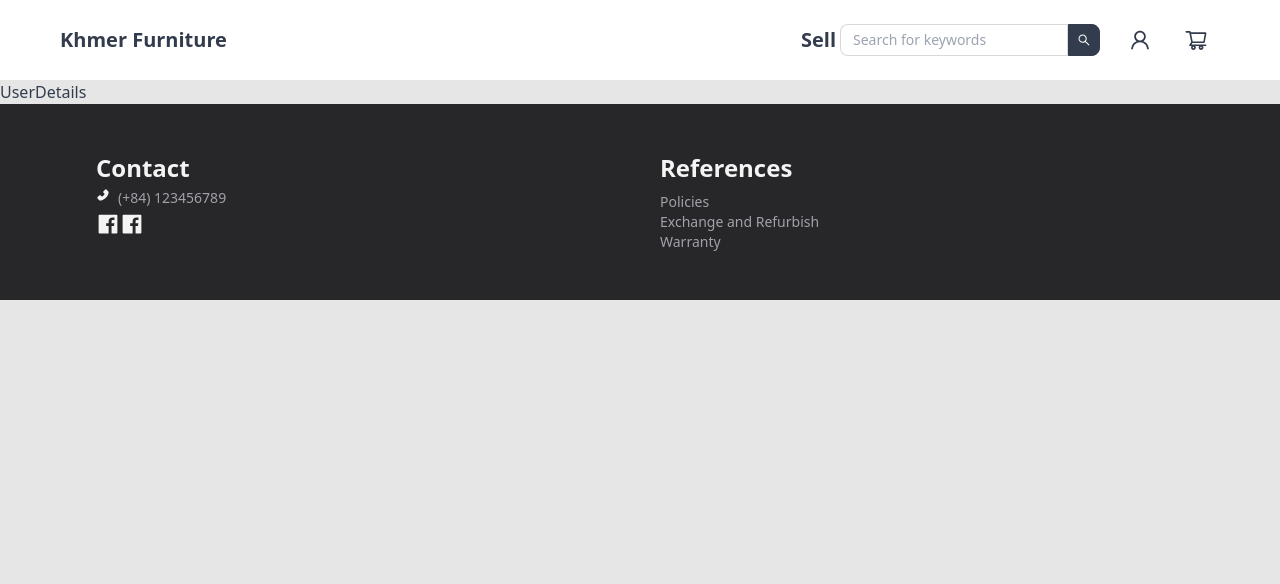
Repository: PlayerNguyen/dotot-shop
Page: /sell (app in client/)
These files come from the project's save history. The page is drawn as it stood at one moment and after the next save; the edit follows.
The browser window is 1280 px wide. The pictures show the whole page.
The project was rebuilt for these pictures with package versions that can differ from the ones it lists, and the page was loaded fresh each time. Also part of the build but not shown: client/src/components/NoMatch/NoMatch.jsx, client/src/components/Sell/ProductDetails.js, client/src/components/Sell/Confirmation.js, client/src/components/Sell/Success.js.

Above is the page before, as saved 2022-12-05 13:36:58.

### client/src/index.html
<!DOCTYPE html>
<html lang="en" data-theme="emerald">
  <head>
    <meta charset="UTF-8" />
    <meta http-equiv="X-UA-Compatible" content="IE=edge" />
    <meta name="viewport" content="width=device-width, initial-scale=1.0" />
    <title>dotot.com - Nơi mua bán đồ cũ</title>
    <link rel="stylesheet" href="./index.css" />
  </head>
  <body>
    <div id="app"></div>

    <script src="./index.js" type="module"></script>
  </body>
</html>

### client/src/index.js
import React, { Suspense } from "react";
import client from "react-dom/client";
import { BrowserRouter } from "react-router-dom";
import App from "./App";
import "./index.css";
const appElement = document.getElementById("app");
let root = client.createRoot(appElement);
import { Provider } from "react-redux";
import { store } from "./stores/globalStore";

root.render(
  <React.StrictMode>
    <BrowserRouter>
      <Provider store={store}>
        <App />
      </Provider>
    </BrowserRouter>
  </React.StrictMode>
);

### client/src/App.jsx
import React, { Suspense } from "react";
import { ToastContainer } from "react-toastify";
import { Link, Route, Routes } from "react-router-dom";
const Home = React.lazy(() => import("./components/Home/Home"));
const Credentials = React.lazy(() =>
  import("./components/Credentials/Credentials")
);
import "react-toastify/dist/ReactToastify.css";
const SignUp = React.lazy(() => import("./components/Credentials/SignUp"));
const SignIn = React.lazy(() => import("./components/Credentials/SignIn"));
import Navbar from "./components/Navbar/Navbar";
const SignOut = React.lazy(() => import("./components/Credentials/SignOut"));
const CredentialSelection = React.lazy(() =>
  import("./components/Credentials/CredentialSelection")
);

import NoMatch from "./components/NoMatch/NoMatch";
import Footer from "./components/Footer/Footer";

const Product = React.lazy(() => import("./components/Product/Product"));
const ProductView = React.lazy(() =>
  import("./components/Product/ProductView")
);
const Profile = React.lazy(() => import("./components/Profile/Profile"));
const ProfileGeneral = React.lazy(() =>
  import("./components/Profile/ProfileGeneral")
);
const RequestSignedIn = React.lazy(() =>
  import("./components/RequestSignedIn/RequestSignedIn")
);

import { AiFillHome, AiOutlineUser } from "react-icons/ai";
const Checkout = React.lazy(() => import("./components/Checkout/Checkout"));

import Sell from "./components/Sell/Sell";

export default function App() {
  return (
    <div className="drawer bg-base-200">
      <input id="app-drawer" type="checkbox" className="drawer-toggle" />

      <div className="drawer-content flex flex-col">
        {/* Navbar */}
        <Suspense>
          <Navbar />
        </Suspense>

        {/* Render home */}
        <Routes>
          <Route path="/">
            <Route
              index
              element={
                <Suspense>
                  <Home />
                </Suspense>
              }
            />
            <Route
              path="/users"
              element={
                <Suspense>
                  <Credentials />
                </Suspense>
              }
            >
              {/* TODO: check whether user is logged in or not, to put current */}
              <Route
                index
                element={
                  <Suspense>
                    <CredentialSelection />
                  </Suspense>
                }
              />
              <Route
                path="/users/sign-up"
                element={
                  <Suspense>
                    <SignUp />
                  </Suspense>
                }
              />
              <Route
                path="/users/sign-in"
                element={
                  <Suspense>
                    <SignIn />
                  </Suspense>
                }
              />
              <Route path="/users/sign-out" element={<SignOut />} />
            </Route>
            <Route
              path="/products"
              element={
                <Suspense>
                  <Product />
                </Suspense>
              }
            >
              <Route
                path=":productId"
                element={
                  <Suspense>
                    <ProductView />
                  </Suspense>
                }
              />
            </Route>
            <Route
              element={
                <Suspense>
                  <RequestSignedIn />
                </Suspense>
              }
            >
              <Route
                path="/profile"
                element={
                  <Suspense>
                    <Profile />
                  </Suspense>
                }
              >
                <Route
                  path="/profile/general"
                  element={
                    <Suspense>
                      <ProfileGeneral />
                    </Suspense>
                  }
                />
              </Route>
            </Route>
            <Route
              path="/checkout"
              element={
                <Suspense>
                  <Checkout />
                </Suspense>
              }
            ></Route>
            <Route path="/sell" element={<Sell />} />
            <Route path="*" element={<NoMatch />} />
          </Route>
        </Routes>

        {/* Footer */}
        <Footer />
      </div>
      {/* Drawer side */}
      <div className="drawer-side">
        <label htmlFor="app-drawer" className="drawer-overlay"></label>
        <ul className="menu p-4 overflow-y-auto w-80 bg-base-100">
          <li>
            <Link to="/" className="">
              <i>
                <AiFillHome />
              </i>
              <span>Home</span>
            </Link>
          </li>

          <li>
            <Link to="/profile">
              <i>
                <AiOutlineUser />
              </i>
              <span>Users</span>
            </Link>
          </li>
        </ul>
      </div>

      <ToastContainer />
    </div>
  );
}

### client/src/stores/globalStore.ts
import { configureStore } from "@reduxjs/toolkit";
import cartSliceReducer from "../slices/CartSlice";
export const store = configureStore({
  reducer: {
    cart: cartSliceReducer,
  },
});

// Infer the `RootState` and `AppDispatch` types from the store itself
export type RootState = ReturnType<typeof store.getState>;
// Inferred type: {posts: PostsState, comments: CommentsState, users: UsersState}
export type AppDispatch = typeof store.dispatch;

### client/src/components/Navbar/Navbar.jsx
import { useState } from "react";
import {
  AiFillSetting,
  AiOutlineSearch,
  AiOutlineShoppingCart,
  AiOutlineUser,
} from "react-icons/ai";
import { ImExit } from "react-icons/im";
import { FiMenu } from "react-icons/fi";
import { Link } from "react-router-dom";

export default function Navbar() {
  const [cartSize, setCartSize] = useState(0);
  const [signedIn, setSignedIn] = useState(false);

  useState(() => {
    setSignedIn(localStorage.getItem("token") !== null);
  }, [localStorage]);

  return (
    <div className="navbar bg-base-100 lg:px-12">
      {/* Navbar start section */}
      <div className="flex flex-row lg:hidden">
        <label htmlFor="app-drawer" className="drawer-button btn btn-ghost">
          <FiMenu className="text-xl" />
        </label>
      </div>

      <div className="flex-1 px-3">
        <Link to="/">
          <h1 className="text-xl font-bold">Khmer Furniture</h1>
        </Link>
      </div>

      {/* Wide screen  */}
      <div className="hidden lg:flex flex-row gap-1 text-2xl">
      <Link to="/sell">
          <h1 className="text-xl font-bold">Sell </h1>
          <span></span>
        </Link>
        {/* Search group */}
        <div>
          <div className=" input-group">
            <input
              className="input input-bordered input-sm"
              placeholder="Search for keywords"
            />
            <button className="btn btn-square btn-sm">
              <AiOutlineSearch />
            </button>
          </div>
        </div>
        {/* Link group */}
        <div className="menu menu-horizontal p-2 rounded-box text-md">
          {!signedIn ? (
            <li>
              <Link to={"/users/"}>
                <AiOutlineUser />
              </Link>
            </li>
          ) : (
            <li>
              <div className="dropdown dropdown-end dropdown-hover block">
                <label tabIndex={0}>
                  <AiOutlineUser />
                </label>
                <ul
                  tabIndex={0}
                  className="menu dropdown-content p-2 shadow bg-base-100 rounded-box w-52 mt-4 text-sm"
                >
                  <li className="block">
                    <Link to="/profile">
                      <AiFillSetting />
                      Profile
                    </Link>
                  </li>
                  <li className="block">
                    <Link to={`/users/sign-out`}>
                      <ImExit />
                      Sign out
                    </Link>
                  </li>
                </ul>
              </div>
            </li>
          )}

          <li>
            <Link to={"/checkout"} className="relative">
              <AiOutlineShoppingCart />
              {cartSize && cartSize > 0 ? (
                <span className="text-sm ">{cartSize}</span>
              ) : null}
            </Link>
          </li>
        </div>
      </div>

      {/* For small screen */}
      <div className="lg:hidden">
        <div className="menu menu-horizontal p-2 rounded-box text-xl">
          {/* Shopping cart */}
          <li>
            <a className="relative">
              <span>
                <AiOutlineShoppingCart />
              </span>
              {cartSize && cartSize > 0 ? (
                <span className="absolute text-sm left-2 top-2 bg-red-400 px-2 rounded-full text-white">
                  {cartSize}
                </span>
              ) : null}
            </a>
          </li>
          {/* Search */}
          <li>
            <a className="relative">
              <AiOutlineSearch />
            </a>
          </li>
        </div>
      </div>
    </div>
  );
}

### client/src/components/Footer/Footer.jsx
import React from "react";
import { AiFillFacebook, AiFillPhone } from "react-icons/ai";

export default function Footer() {
  return (
    <div className="footer-wrapper bg-zinc-800 text-zinc-100 md:px-12">
      <footer className="footer p-12 min-h-[20vh] flex flex-col gap-4 sm:flex-row  sm:gap-10">
        <div className="flex flex-col gap-1 flex-1">
          {/* <div className="font-bold text-2xl">General</div> */}
          <div className={`font-bold text-2xl`}>Contact</div>

          <div>
            <div className="flex flex-row gap-2">
              <span>
                <AiFillPhone />
              </span>
              <span className="text-zinc-400">(+84) 123456789</span>
            </div>
            {/* Social medias */}
            <div className="flex flex-row text-2xl my-1">
              <div>
                <AiFillFacebook />
              </div>
              <div>
                <AiFillFacebook />
              </div>
            </div>
          </div>
        </div>

        <div className="flex-1">
          <div className="text-2xl font-bold">References</div>
          <div className="text-zinc-400">
            <div>Policies</div>
            <div>Exchange and Refurbish</div>
            <div>Warranty</div>
          </div>
        </div>
      </footer>
    </div>
  );
}

### client/src/components/Sell/Sell.jsx
import React, { Component } from 'react'
import UserDetails from './UserDetails';
import ProductDetails from './ProductDetails';
import Confirmation from './Confirmation';
import Success from './Success';

export default class Sell extends Component{

  state = {
    step: 1,
    email: '',
    username: '',
    password: '',
    firstName: '',
    lastName: '',
    country: '',
    levelOfEducation: '',
  }

  // go back to previous step
  prevStep = () => {
    const { step } = this.state;
    this.setState({ step: step - 1 });
  }

  // proceed to the next step
  nextStep = () => {
    const { step } = this.state;
    this.setState({ step: step + 1 });
  }

  // Handle fields change
  handleChange = input => e => {
    this.setState({ [input]: e.target.value });
  }

  render() {
    const { step } = this.state;
    const { email, username, password, firstName, lastName, country, levelOfEducation } = this.state;
    const values = { email, username, password, firstName, lastName, country, levelOfEducation }

    switch(step) {
      case 1:
        return (
          <UserDetails
            nextStep={ this.nextStep }
            handleChange={ this.handleChange }
            values={ values }
          />
        )
      case 2:
        return (
          <ProductDetails
            prevStep={ this.prevStep }
            nextStep={ this.nextStep }
            handleChange={ this.handleChange }
            values={ values }
          />
        )
      case 3:
          return (
            <Confirmation
              prevStep={ this.prevStep }
              nextStep={ this.nextStep }
              values={ values }
            />
          )
        case 4:
          return (
            <Success />
          )
      default:
          // do nothing
    }
  }

}

### client/src/slices/CartSlice.ts
import { createSlice } from "@reduxjs/toolkit";
import type { PayloadAction } from "@reduxjs/toolkit";

const cart = localStorage.getItem(
  process.env.CART_ITEM_KEY_NAME ? process.env.CART_ITEM_KEY_NAME : "cartItems"
);
const initialState = {
  items: cart ? JSON.parse(cart) : new Set(),
};

const CartSlice = createSlice({
  name: "Cart",
  initialState,
  reducers: {
    addCartItem: (state, action: PayloadAction<string>) => {
      if (!state.items.includes(action.payload)) {
        state.items = [...state.items, action.payload];
      }
    },
    removeCartItem: (state, action: PayloadAction<string>) => {
      state.items = [...state.items].filter((ele) => ele !== action.payload);
    },
    clearCartItem: (state) => {
      state.items = [];
    },
  },
});

export const { addCartItem, removeCartItem, clearCartItem } = CartSlice.actions;

export default CartSlice.reducer;

### client/src/components/Sell/UserDetails.js
import React from 'react'

const UserDetails = () => {
  return (
    <div>
      <h1>UserDetails</h1>
    </div>
  )
}

export default UserDetails

### client/tailwind.config.js
/** @type {import('tailwindcss').Config} */
module.exports = {
  content: ["./src/**/*.{html,js,ts,jsx,tsx}"],
  theme: {
    extend: {},
  },
  plugins: [require("daisyui")],
  // daisyUI config (optional)
  daisyui: {
    styled: true,
    themes: true,
    base: true,
    utils: true,
    logs: true,
    rtl: false,
    prefix: "",
    darkTheme: "dark",
  },
};

Loaded but not shown: client/src/index.css (common file)

After the next save:
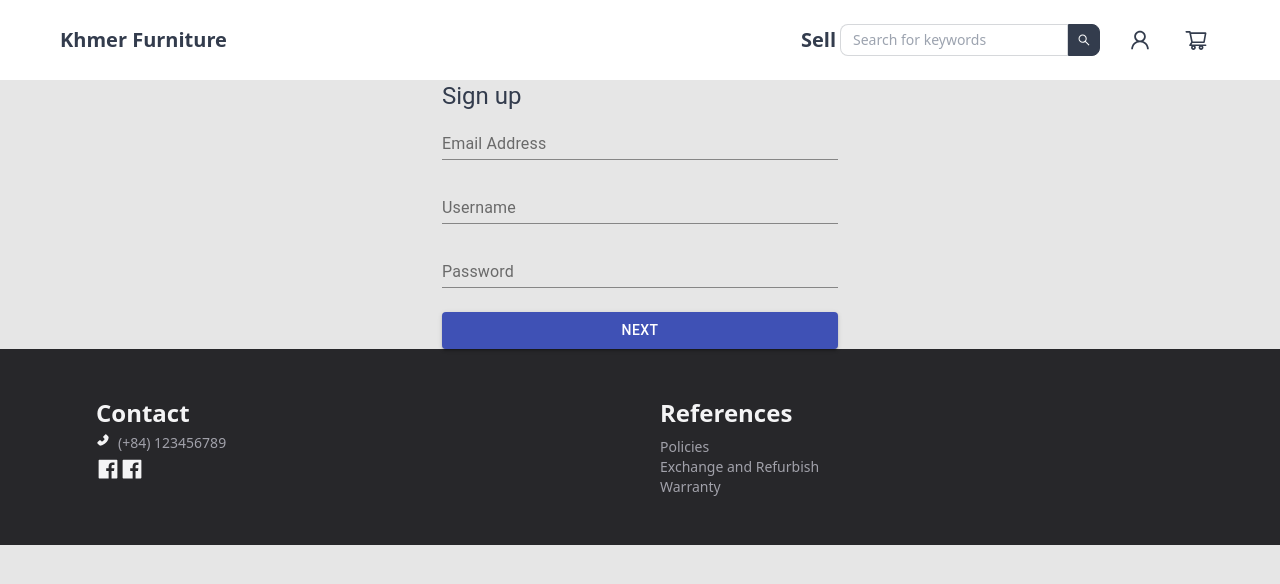
Saved 46 s later.
--- a/client/src/components/Sell/UserDetails.js
+++ b/client/src/components/Sell/UserDetails.js
@@ -1,11 +1,78 @@
 import React from 'react'
+import { makeStyles } from '@material-ui/core/styles';
+import { Container, Typography, Grid, TextField, Button } from '@material-ui/core'
 
-const UserDetails = () => {
-  return (
-    <div>
-      <h1>UserDetails</h1>
-    </div>
-  )
-}
 
-export default UserDetails
+const UserDetails = ({ nextStep, handleChange, values }) => {
+
+    // for continue event listener
+    const Continue = e => {
+      e.preventDefault();
+      nextStep();
+    }
+
+    return (
+      <Container  component="main" maxWidth="xs">
+        <div>
+          <Typography  component="h1" variant="h5">
+            Sign up
+          </Typography>
+          <form>
+            <Grid container spacing={2}>
+                {/* email address */}
+                <Grid item xs={12}>
+                  <TextField
+                    placeholder="Email Address"
+                    label="Email Address"
+                    onChange={handleChange('email')}
+                    defaultValue={values.email}
+                    // variant="outlined"
+                    autoComplete="email"
+                    fullWidth
+                  />
+                </Grid>
+                <br />
+                {/* username */}
+                <Grid item xs={12}>
+                  <TextField
+                    placeholder="Username"
+                    label="Username"
+                    onChange={handleChange('username')}
+                    defaultValue={values.username}
+                    // variant="outlined"
+                    autoComplete="username"
+                    fullWidth
+                  />
+                </Grid>
+                <br />
+                {/* password */}
+                <Grid item xs={12}>
+                  <TextField
+                    placeholder="Password"
+                    label="Password"
+                    onChange={handleChange('password')}
+                    defaultValue={values.password}
+                    // variant="outlined"
+                    autoComplete="password"
+                    fullWidth
+                    type="password"
+                  />
+                </Grid>
+            </Grid>
+            <br />
+            <Button
+              onClick={ Continue }
+              type="submit"
+              fullWidth
+              variant="contained"
+              color="primary"
+            >
+              Next
+            </Button>
+          </form>
+        </div>
+      </Container>
+    )
+  }
+
+  export default UserDetails
